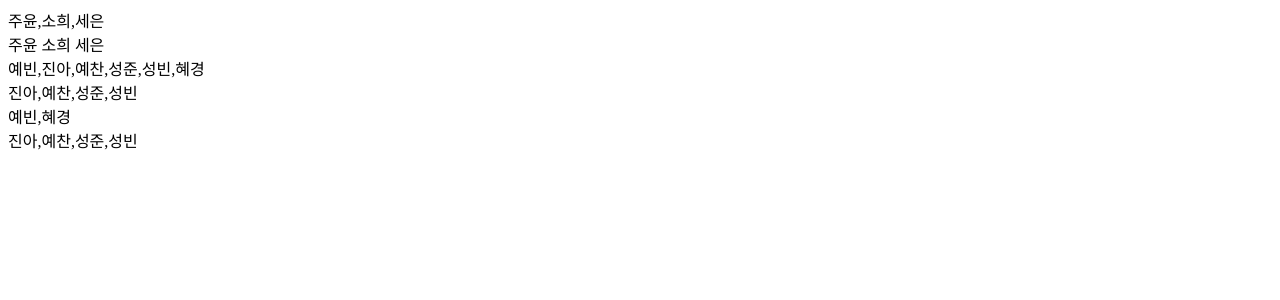
Repository: ssohee98/Web-Study
Page: JS/WebContent/inner/i_exam01.html
An editor plug-in stored every save of this project. The page is shown before and after the next save, followed by the edit.
The browser window is 1280 px wide. The pictures show the whole page.

Above is the page before, as saved 2023-02-22 00:49:55.

After the next save:
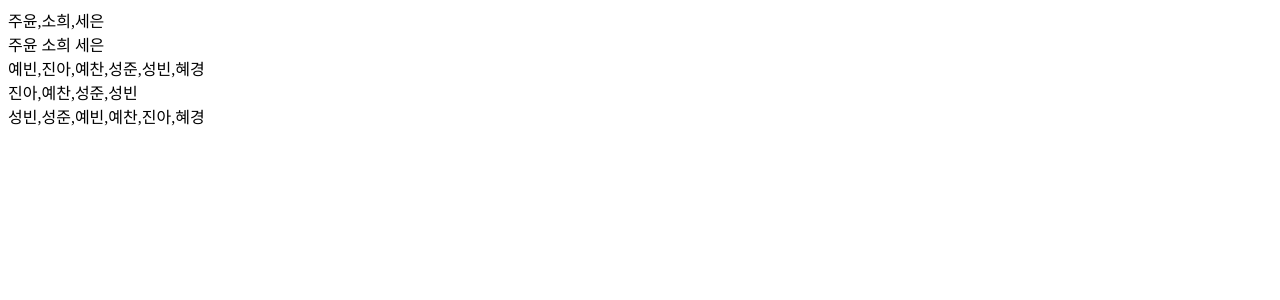
Saved 16 min 10 s later.
--- a/JS/WebContent/inner/i_exam01.html
+++ b/JS/WebContent/inner/i_exam01.html
@@ -32,10 +32,20 @@
 	let arr5 = arr4.slice(1, 5);
 	document.write(arr5.toString()+"<br>");	//진아,예찬,성준,성빈
 
-	//배열 부분 삭제 splice(시작인덱스, 삭제할 개수)
+/* 	//배열 부분 삭제 splice(시작인덱스, 삭제할 개수)
 	let arr6 = arr4.splice(1, 4);
-	document.write(arr4.toString()+"<br>");	//
-	document.write(arr6.toString()+"<br>");
+	document.write(arr4.toString()+"<br>");	//예빈,혜경			: 삭제하고 남은 대상
+	document.write(arr6.toString()+"<br>");	//진아,예찬,성준,성빈	: 삭제된 대상
+ */
+
+	//배열 정렬
+	let arr7 = arr4.sort();
+	document.write(arr7.toString()+"<br>");
+
+
+
+
+
 
 </script>
 </head>
